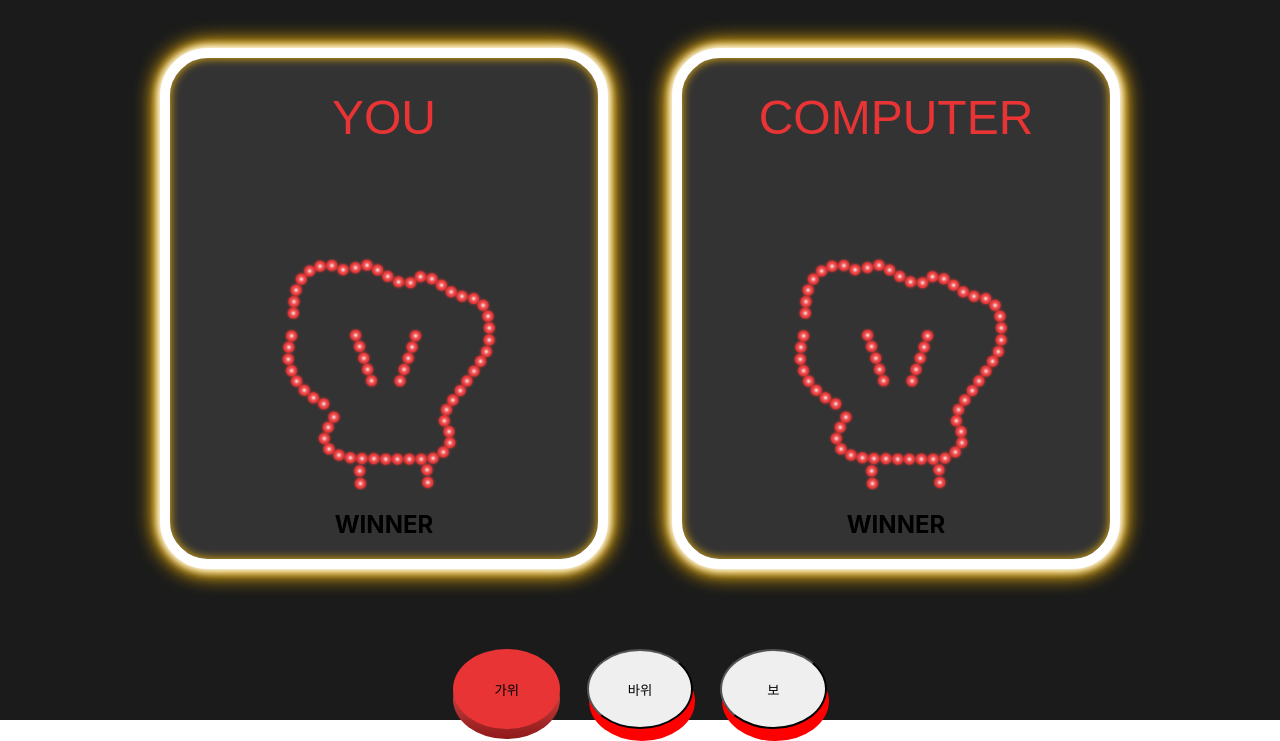
Repository: KIMMIHYE12/classComponent
Page: /
An editor plug-in stored every save of this project. The page is shown before and after the next save, followed by the edit.
The browser window is 1280 px wide. The pictures show the whole page.
Some web fonts or font styles are not loaded; a fallback is used. The project was rebuilt for these pictures with package versions that can differ from the ones it lists, and the page was loaded fresh each time.

Above is the page before, as saved 2024-03-18 23:08:37.

After the next save:
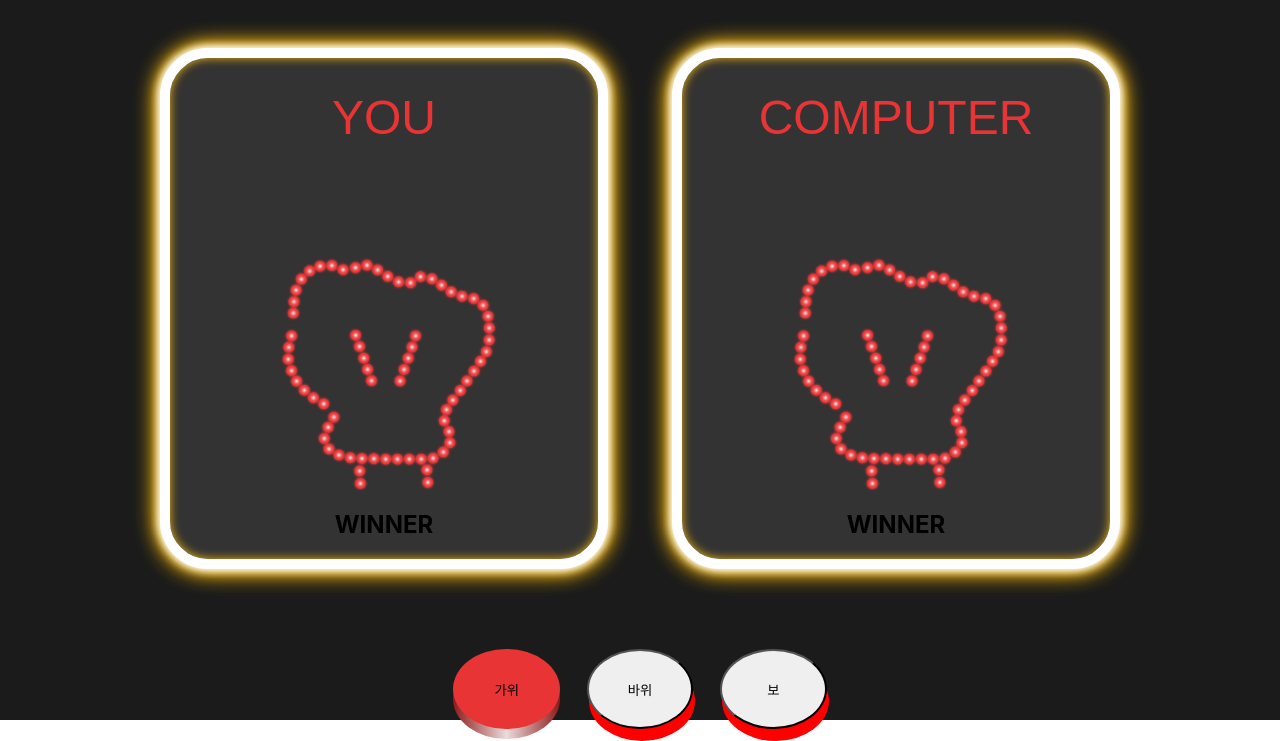
Saved 84 s later.
--- a/src/App.css
+++ b/src/App.css
@@ -80,9 +80,9 @@ img {
 
 .btn_wrap button.scissor:before {
   background: linear-gradient(
-    180deg,
+    90deg,
     rgba(143, 25, 25, 1) 0%,
-    rgba(193, 59, 59, 1) 50%,
+    rgb(234, 220, 220) 50%,
     rgba(143, 25, 25, 1) 100%
   );
 }
